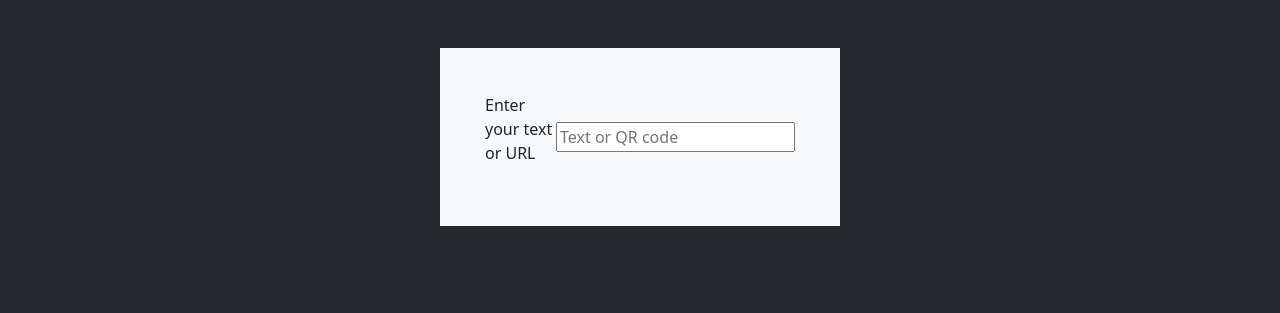
Repository: zeinawady/Qr-Code-Generator-App
Page: index.html
An editor plug-in stored every save of this project. The page is shown before and after the next save, followed by the edit.
The browser window is 1280 px wide. The pictures show the whole page.

Above is the page before, as saved 2024-10-30 00:26:42.

After the next save:
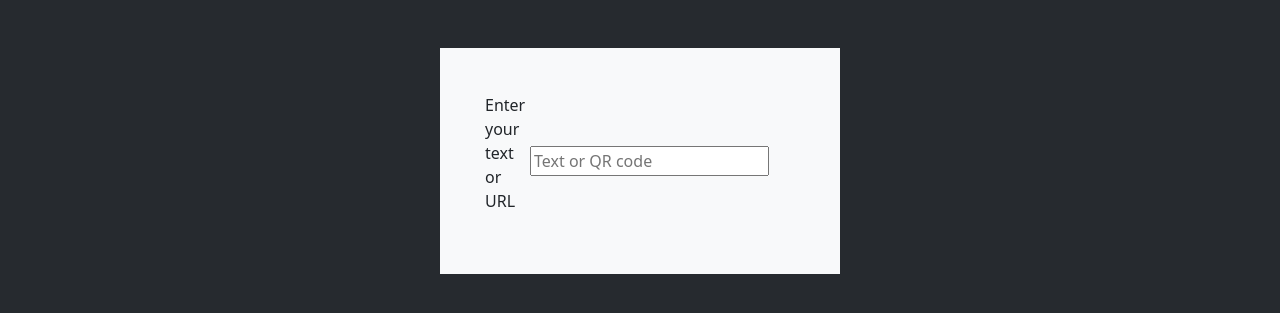
Saved 14 s later.
--- a/index.html
+++ b/index.html
@@ -12,6 +12,7 @@
    <div class="container d-flex justify-content-center align-items-center bg-light mt-5">
 <p>Enter your text or URL</p>
 <input type="text" placeholder="Text or QR code">
+<button class="btn"></button>
    </div>
 
 
